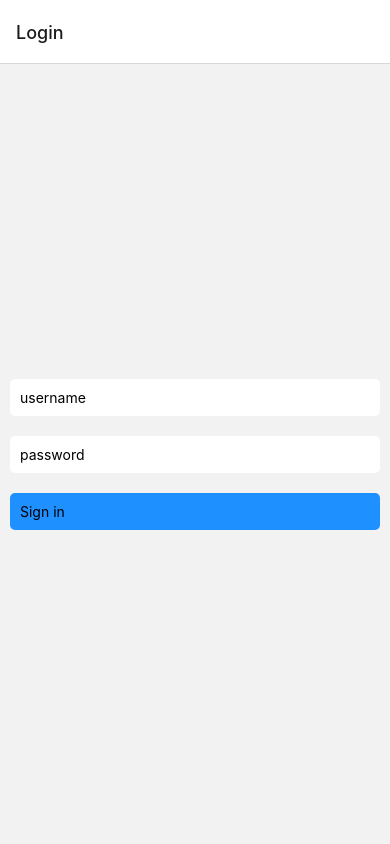
Repository: JennaFi/VideoCallApp
Screen: /
The author's editor kept a copy of each file at every save. The screen is drawn from the files as they stood at one save, then again after the next save.
The app was drawn by React Native's web renderer in a window 390 px wide. The project was rebuilt for these pictures with package versions that can differ from the ones it lists, and the page was loaded fresh each time. Also part of the build but not shown: src/components/CallActionBox/index.js, src/screens/CallingScreen/index.js, src/screens/CallScreen/index.js, src/screens/ContactsScreen/index.js, src/screens/IncomingCallScreen/index.js.

Above is the screen before, as saved 2022-01-19 00:09:40.

After the next save:
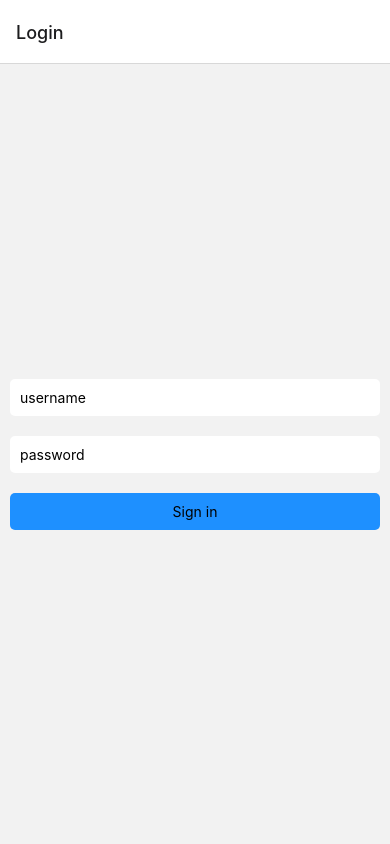
Saved 30 s later.
--- a/src/screens/LoginScreen/index.js
+++ b/src/screens/LoginScreen/index.js
@@ -33,7 +33,8 @@ const styles = StyleSheet.create({
     backgroundColor: 'dodgerblue',
     marginVertical: 10,
     padding: 10,
-    borderRadius: 5
+    borderRadius: 5,
+    alignItems: 'center'
 
   }
 
